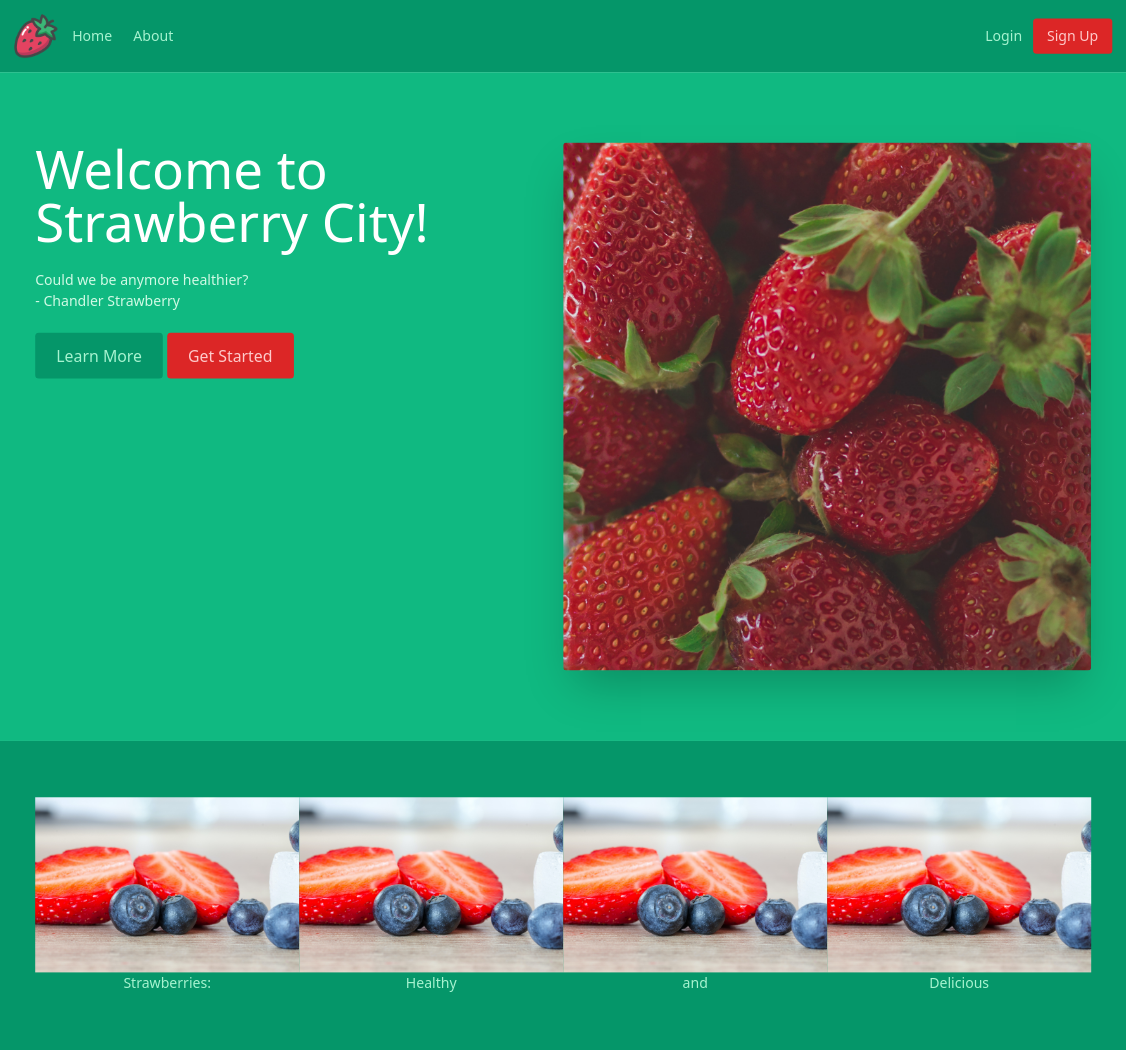
Repository: DaNiels89/tailwind-stawberries
Page: index.html
These files come from the project's save history. The page is drawn as it stood at one moment and after the next save; the edit follows.
The browser window is 1280 px wide. The pictures show the whole page, at 88% of full size.

Above is the page before, as saved 2020-08-24 14:31:53.

### index.html
<!DOCTYPE html>
<html lang="en">
  <head>
    <meta charset="UTF-8" />
    <meta name="viewport" content="width=device-width, initial-scale=1.0" />
    <title>Website with Tailwind</title>
    <link
      href="https://unpkg.com/tailwindcss@^1.0/dist/tailwind.min.css"
      rel="stylesheet"
    />
  </head>
  <body>
    <header class="bg-green-600 p-4">
      <nav class="flex justify-between items-center">
        <div class="flex items-center">
          <img
            src="img/strawberry-icon.png"
            alt="Strawberry logo"
            class="mr-2"
            width="50"
          />
          <a
            href="#"
            class="inline-block p-2 text-green-200 hover:text-green-100 mr-2"
            >Home</a
          >
          <a
            href="#"
            class="inline-block p-2 text-green-200 hover:text-green-100"
            >About</a
          >
        </div>
        <div class="">
          <a
            href="#"
            class="inline-block p-2 text-green-200 hover:text-green-100"
            >Login</a
          >
          <a
            href="#"
            class="inline-block py-2 px-4 text-red-200 bg-red-600 rounded hover:text-red-100 hover:bg-red-500 transition ease-in duration-150"
            >Sign Up</a
          >
        </div>
      </nav>
    </header>
    <main class="">
      <div
        class="md:flex justify-between py-20 px-10 bg-green-500 text-green-100"
      >
        <div class="md:w-1/2 mb-10 md:mb-0">
          <h1 class="text-2xl md:text-4xl lg:text-6xl text-white mb-6">
            Welcome to Strawberry City!
          </h1>
          <p class="">Could we be anymore healthier?</p>
          <p class="mb-6">- Chandler Strawberry</p>

          <a
            href="#"
            class="inline-block py-3 px-6 text-lg text-green-200 bg-green-600 rounded hover:text-green-100 hover:bg-green-400 transition ease-in duration-150"
            >Learn More</a
          >
          <a
            href="#"
            class="inline-block py-3 px-6 text-lg text-red-200 bg-red-600 rounded hover:text-red-100 hover:bg-red-500 transition ease-in duration-150"
            >Get Started</a
          >
        </div>
        <div class="w-1/2">
          <img
            src="img/strawberry.jpg"
            alt="Strawberries"
            class="w-full rounded shadow-2xl"
          />
        </div>
      </div>
      <div class="flex py-16 px-10 bg-green-600 text-green-200 text-center p-1">
        <div class="">
          <img src="img/strawberries4.jpg" alt="Strawberries" class="w-full" />
          <p class="">Strawberries:</p>
        </div>
        <div class="">
          <img src="img/strawberries4.jpg" alt="Strawberries" class="w-full" />
          <p class="">Healthy</p>
        </div>
        <div class="">
          <img src="img/strawberries4.jpg" alt="Strawberries" class="w-full" />
          <p class="">and</p>
        </div>
        <div class="">
          <img src="img/strawberries4.jpg" alt="Strawberries" class="w-full" />
          <p class="">Delicious</p>
        </div>
      </div>
    </main>
    <footer class=""></footer>
  </body>
</html>

After the next save:
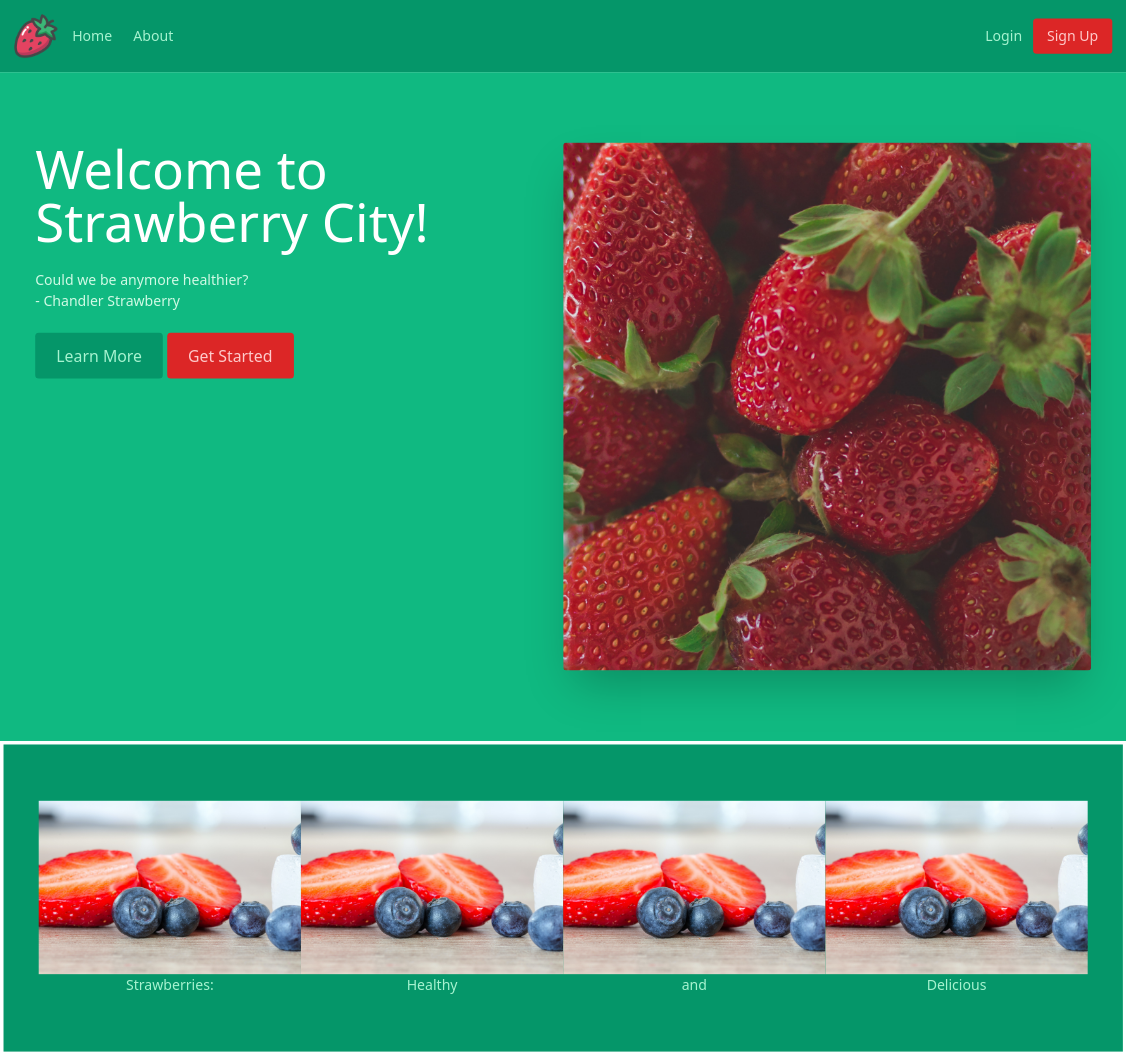
Saved 5 s later.
--- a/index.html
+++ b/index.html
@@ -74,7 +74,7 @@
           />
         </div>
       </div>
-      <div class="flex py-16 px-10 bg-green-600 text-green-200 text-center p-1">
+      <div class="flex py-16 px-10 bg-green-600 text-green-200 text-center m-1">
         <div class="">
           <img src="img/strawberries4.jpg" alt="Strawberries" class="w-full" />
           <p class="">Strawberries:</p>

After the save that followed:
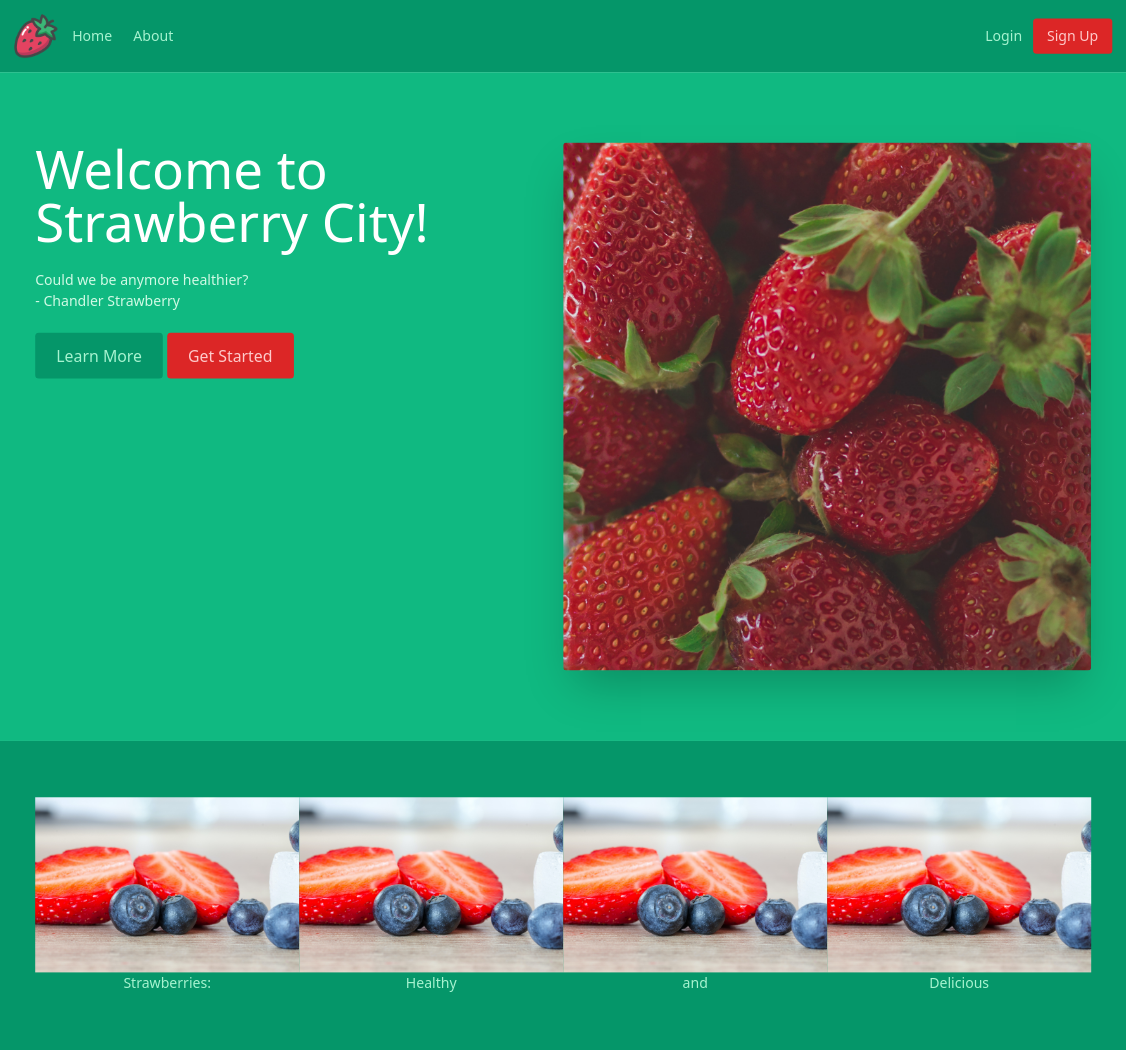
Saved 5 s later.
--- a/index.html
+++ b/index.html
@@ -74,7 +74,7 @@
           />
         </div>
       </div>
-      <div class="flex py-16 px-10 bg-green-600 text-green-200 text-center m-1">
+      <div class="flex py-16 px-10 bg-green-600 text-green-200 text-center">
         <div class="">
           <img src="img/strawberries4.jpg" alt="Strawberries" class="w-full" />
           <p class="">Strawberries:</p>
